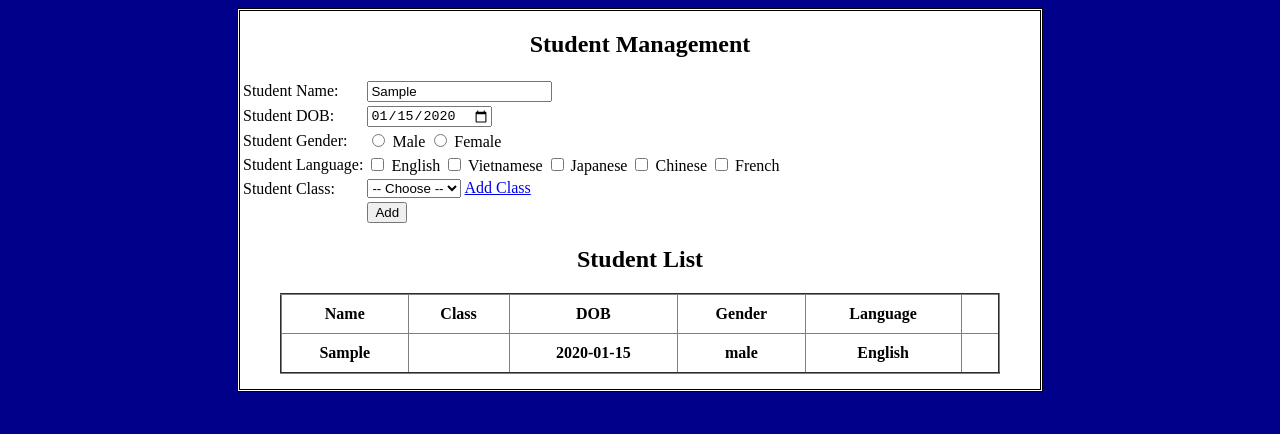
Repository: AnhDuc0125/HTML-Aptech
Page: exam/nextPage.html
An editor plug-in stored every save of this project. The page is shown before and after the next save, followed by the edit.
The browser window is 1280 px wide. The pictures show the whole page.
Empty fields were first filled with sample values (such as "Sample", 5 or name@example.com).
After loading, the first visible `button` was clicked once.

Above is the page before, as saved 2021-12-04 11:43:59.

After the next save:
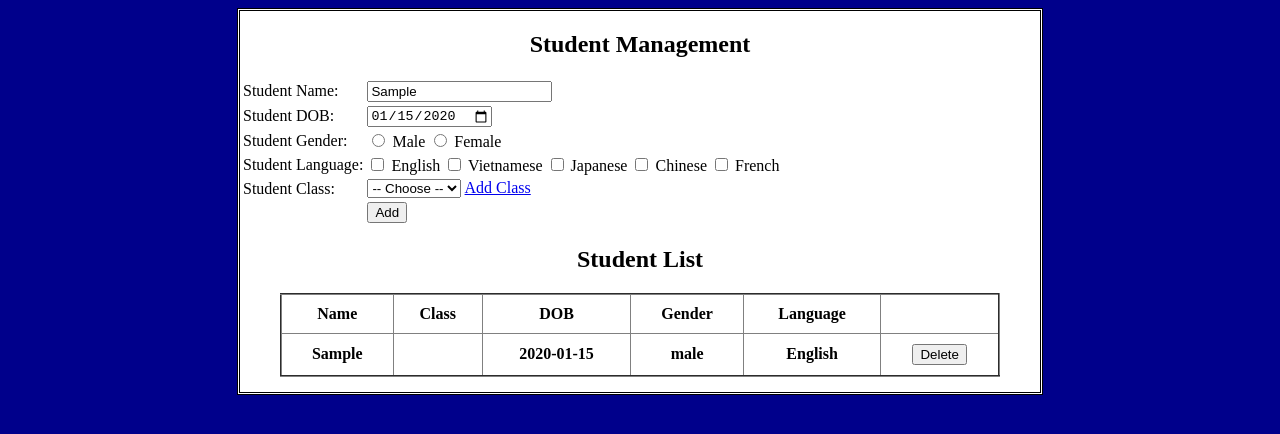
Saved 31 s later.
--- a/exam/nextPage.html
+++ b/exam/nextPage.html
@@ -103,7 +103,7 @@
                         <th>${dob}</th>
                         <th>${gender}</th>
                         <th>${language}</th>
-                        <th></th>
+                        <th><button>Delete</button></th>
                     </tr>`)
         }
     </script>
